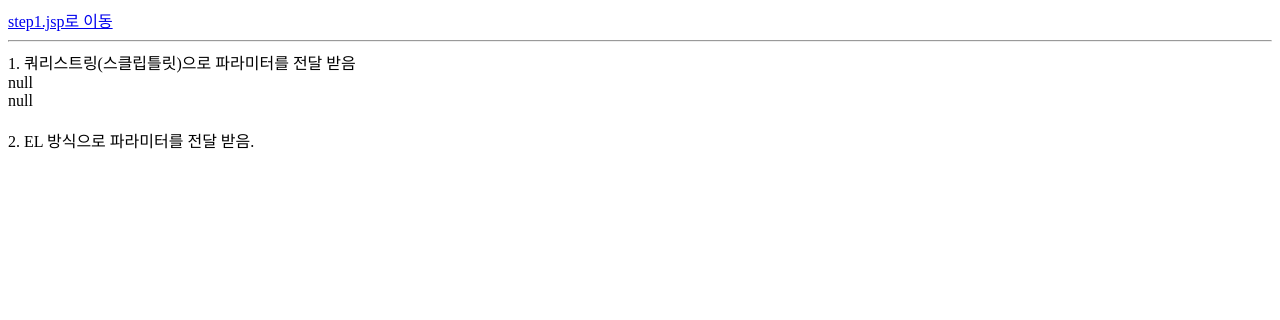
Repository: Dog-voice/king
Page: http://localhost/web_study/step2.jsp
An editor plug-in stored every save of this project. The page is shown before and after the next save, followed by the edit.
The browser window is 1280 px wide. The pictures show the whole page.
The page is served by Tomcat 9.

Above is the page before, as saved 2022-08-16 03:17:28.

After the next save:
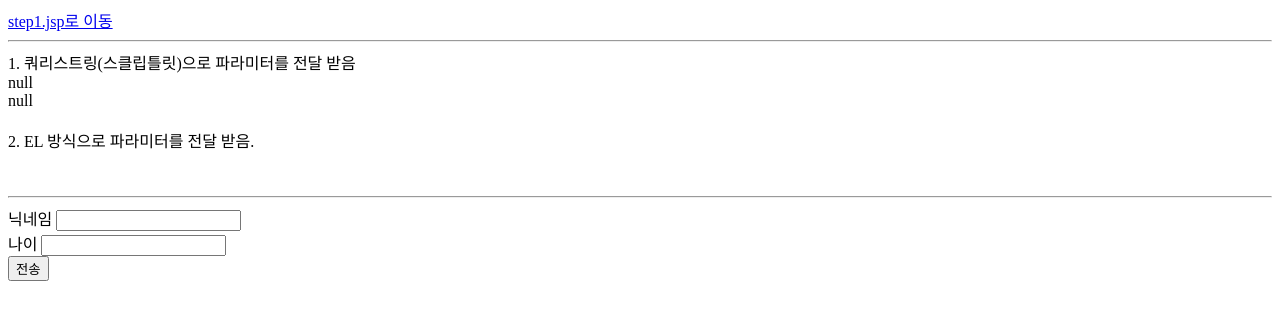
Saved 2 min 32 s later.
--- a/게시글등록(1)/web_study/src/main/webapp/step2.jsp
+++ b/게시글등록(1)/web_study/src/main/webapp/step2.jsp
@@ -18,6 +18,13 @@
    ${param.name }<br>
    ${param.address }<br>
 
+   <hr>
+   <form action="step2_1.jsp">
+       닉네임 <input type="text" name="nick"> <br>
+       나이 <input type="text" name="age"><br>
+       <button type= "submit">전송</button>
+   </form>
+
 
 </body>
 </html>
